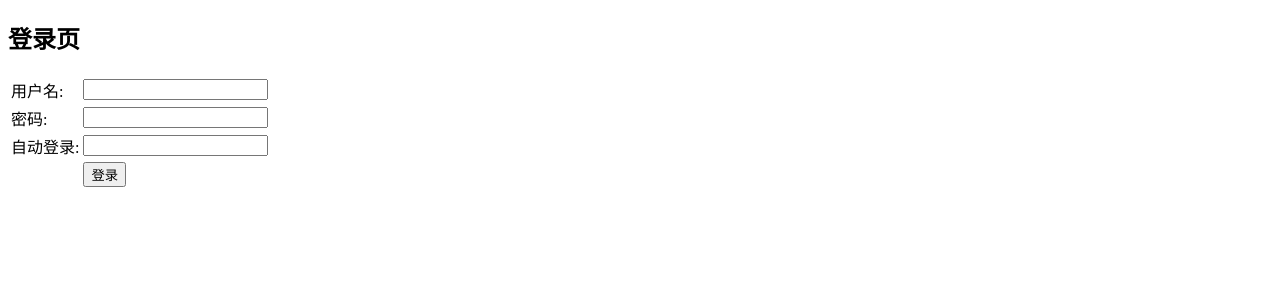
Repository: iamsongpeng/java-web-demo
Page: http://localhost/java-web-demo-filter/demo02/login.jsp
An editor plug-in stored every save of this project. The page is shown before and after the next save, followed by the edit.
The browser window is 1280 px wide. The pictures show the whole page.
The page is served by Tomcat 9.

Above is the page before, as saved 2017-06-08 03:23:08.

After the next save:
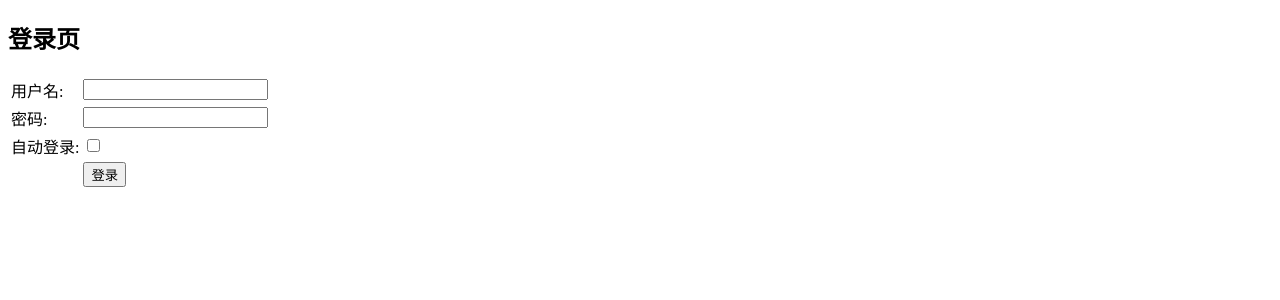
Saved 13 s later.
--- a/java-web-demo-filter/WebContent/demo02/login.jsp
+++ b/java-web-demo-filter/WebContent/demo02/login.jsp
@@ -19,7 +19,7 @@
 		</tr>
 		<tr>
 			<td>自动登录: </td>
-			<td><input type="text" name="autologin"></td>
+			<td><input type="checkbox" name="autologin"></td>
 		</tr>
 		<tr>
 			<td></td>
